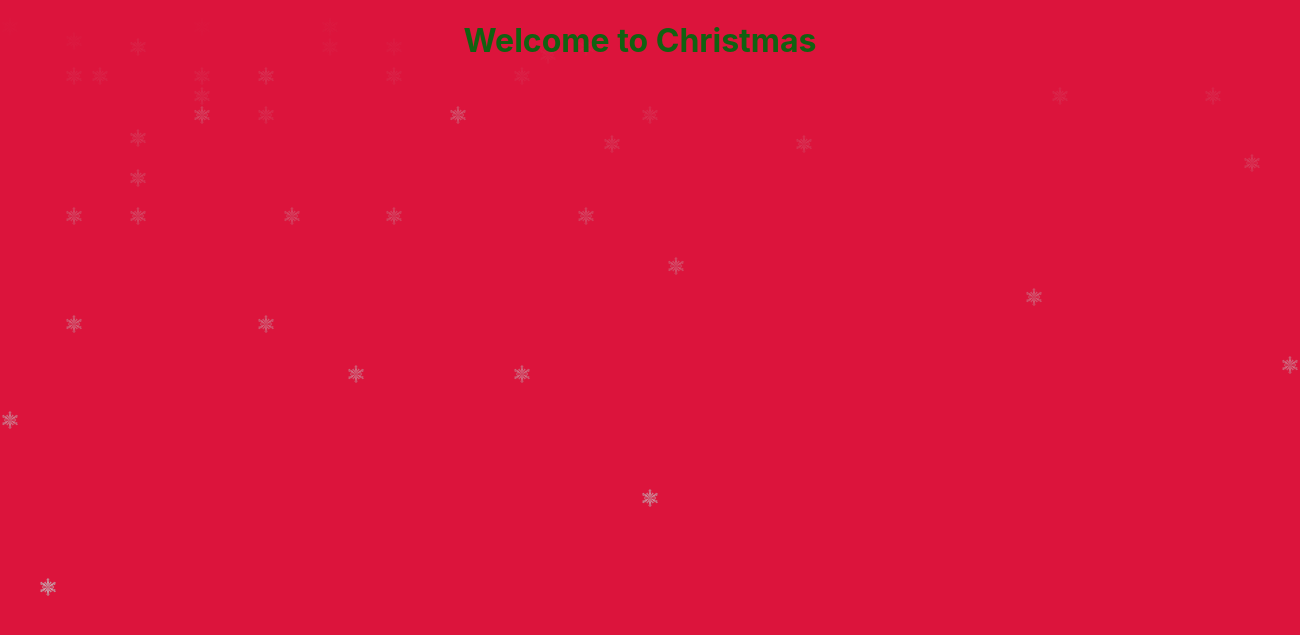
Repository: cerebrium/christmasTown
Page: / (app in client/)
An editor plug-in stored every save of this project. The page is shown before and after the next save, followed by the edit.
The browser window is 1280 px wide. The page is 1300 px wide, so the pictures cover 1300 px, including what lies to the right of the window. The pictures show the whole page.
The project was rebuilt for these pictures with package versions that can differ from the ones it lists, and the page was loaded fresh each time.

Above is the page before, as saved 2019-12-02 13:24:06.

After the next save:
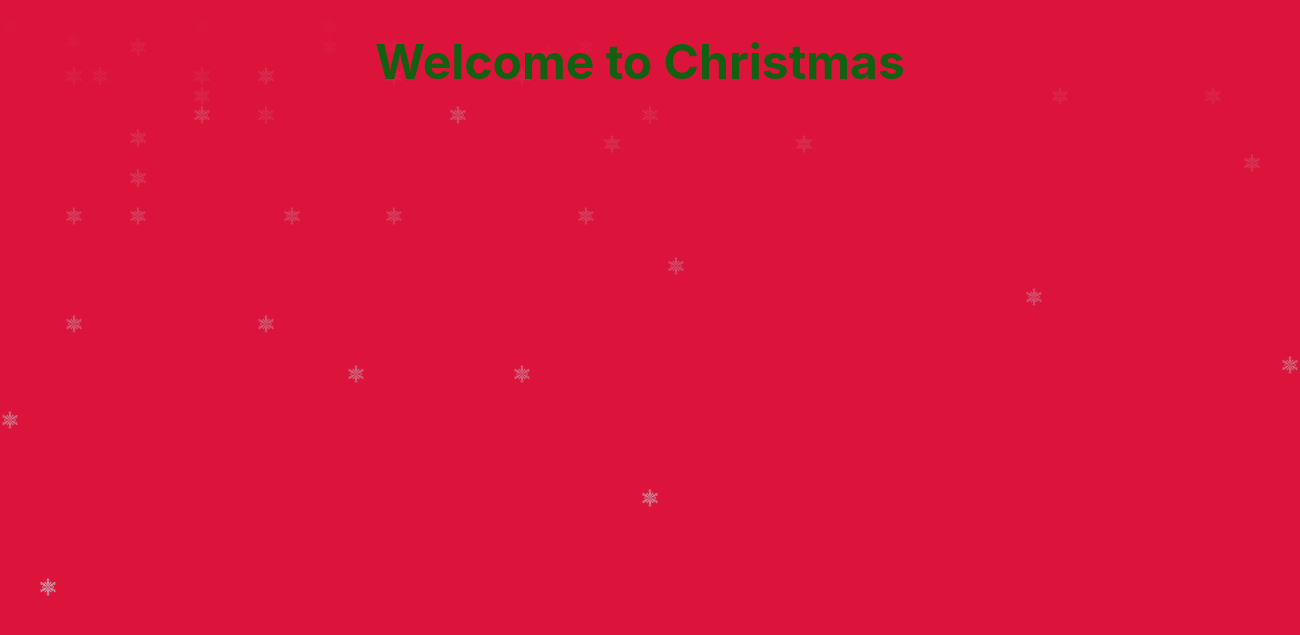
Saved 4 s later.
--- a/client/src/App.css
+++ b/client/src/App.css
@@ -5,5 +5,5 @@
 
 .mainTitle {
   color: rgb(17, 97, 17);
-  font-size: 2em;
+  font-size: 3em;
 }
